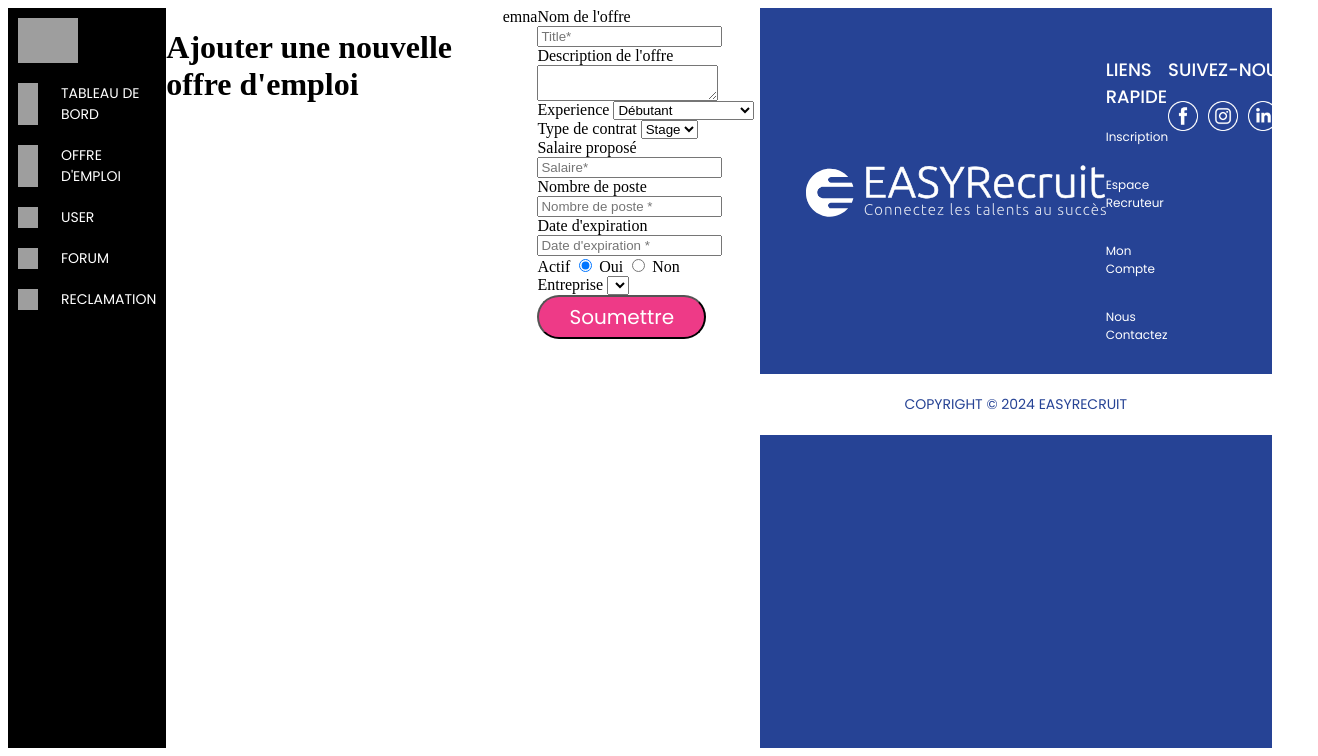
Repository: sophiegafsi/web
Page: http://localhost/admin/index.php?controller=joboffer&action=add
The author's editor kept a copy of each file at every save. The page is drawn from the files as they stood at one save, then again after the next save.
The browser window is 1280 px wide. The page is 1318 px wide, so the pictures cover 1318 px, including what lies to the right of the window. The pictures show the whole page.
Pictures or frames that could not be fetched are drawn as grey boxes. The page is run by PHP 8.4 with error messages shown; the project is at /var/www/html/. Queries for data that is not in the repository find no rows.

Above is the page before, as saved 2024-05-05 19:51:38.

After the next save:
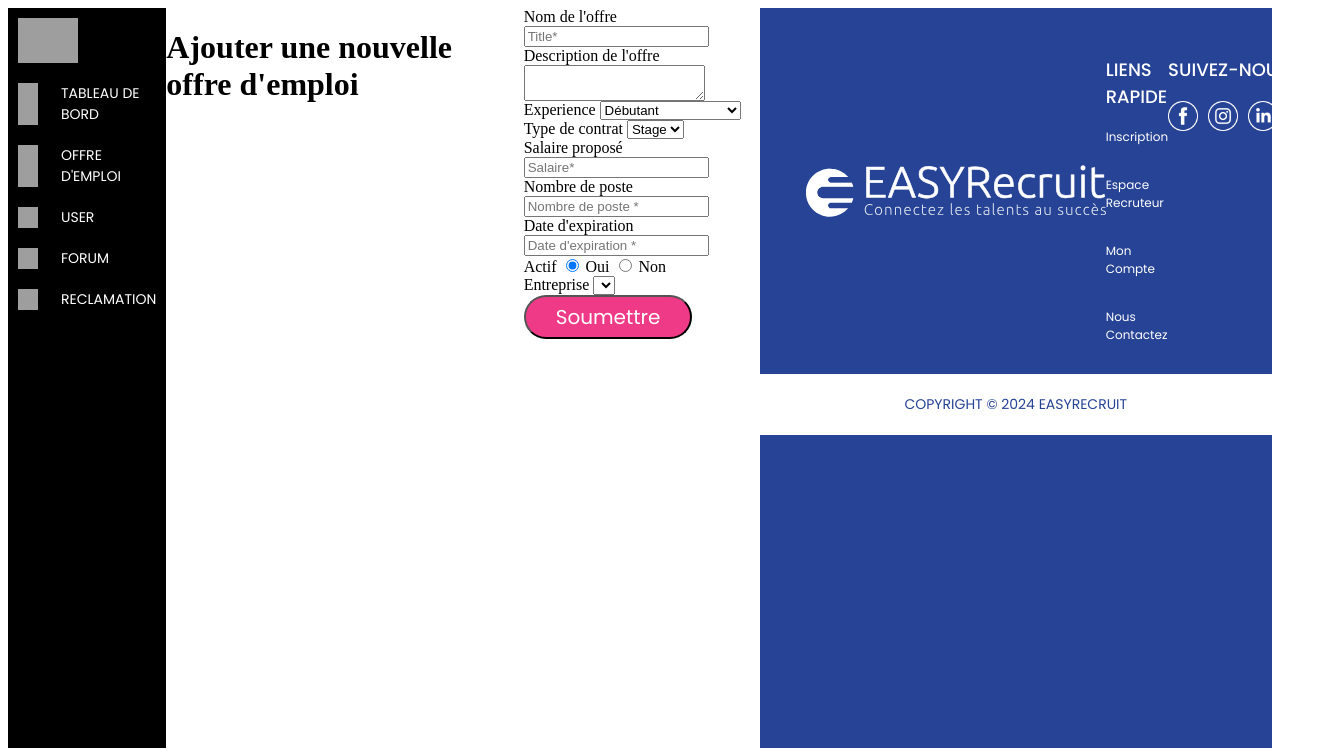
Saved 17 s later.
--- a/view/admin/job_offer/add.php
+++ b/view/admin/job_offer/add.php
@@ -10,7 +10,6 @@ if(isset($errors)){
     }
 }
 ?>
-emna
 
     <form action="" method="post" class="joboffer-form">
         <div  class="style-form-input">
